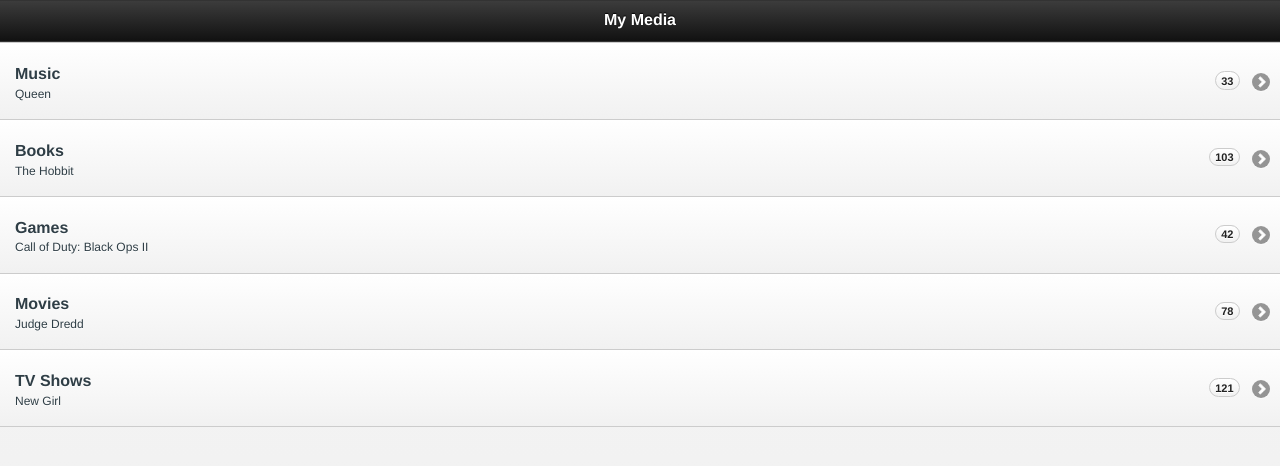
Repository: shavo0915/MediaCollectionApp
Page: MediaCollectionApp/assets/www/index.html
An editor plug-in stored every save of this project. The page is shown before and after the next save, followed by the edit.
The browser window is 1280 px wide. The pictures show the whole page.

Above is the page before, as saved 2013-01-31 22:59:10.

After the next save:
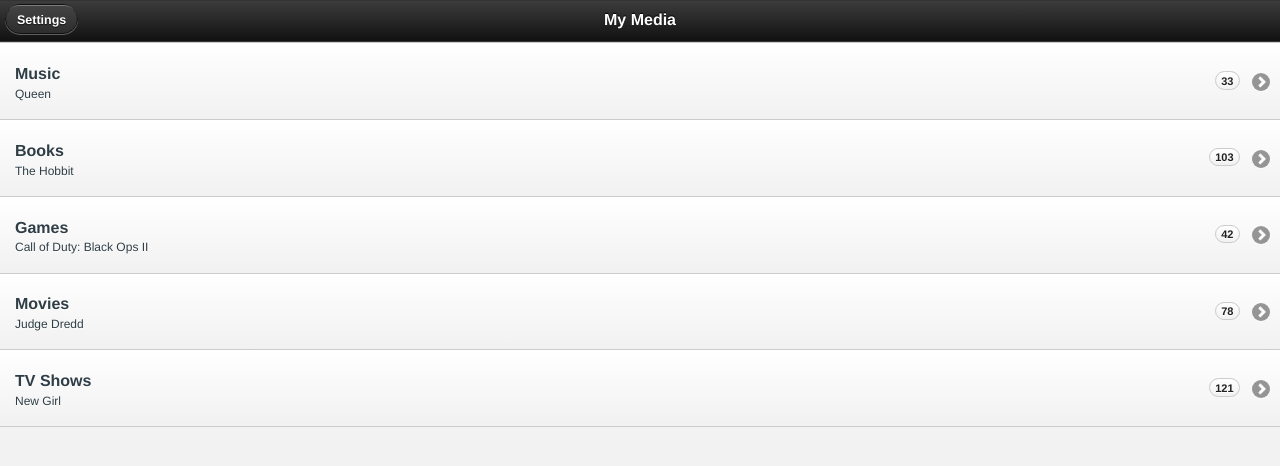
Saved 92 s later.
--- a/MediaCollectionApp/assets/www/index.html
+++ b/MediaCollectionApp/assets/www/index.html
@@ -12,6 +12,7 @@
 	<div data-role="page" id="myMedia">
 
 		<div data-role="header">
+			<a href="" data-role="button">Settings</a>
 			<h1>My Media</h1>
 		</div><!-- /header -->
 
